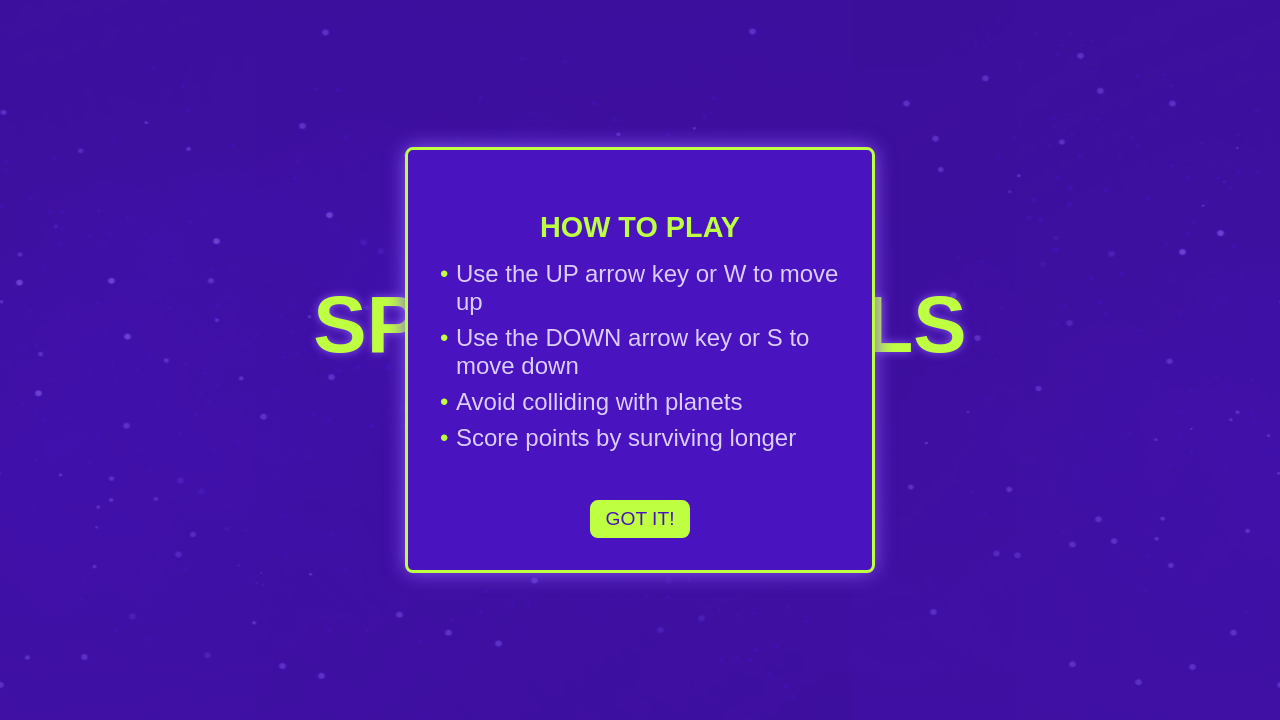
Repository: brunaguarizo/SpaceFarm
Page: index.html
An editor plug-in stored every save of this project. The page is shown before and after the next save, followed by the edit.
The browser window is 1280 px wide. The pictures show the whole page.
Some web fonts or font styles are not loaded; a fallback is used.

Above is the page before, as saved 2025-04-27 16:24:45.

### index.html
<!DOCTYPE html>
<html lang="en">
    <head>
        <meta charset="UTF-8" />
        <meta
            name="viewport"
            content="width=device-width, initial-scale=1.0" />
        <title>Space Adventure</title>
        <link
            rel="stylesheet"
            href="styles.css" />

        <link
            rel="preconnect"
            href="https://fonts.googleapis.com" />
        <link
            rel="preconnect"
            href="https://fonts.gstatic.com"
            crossorigin />
        <link
            href="https://fonts.googleapis.com/css2?family=Ranchers&display=swap"
            rel="stylesheet" />
    </head>
    <body>
        <div id="game-container">
            <div class="scrolling-background"></div>
            <!-- ----------------------- CHARACTER SELESCTION SCREEN ----------------------- -->
            <div id="character-select">
                <h1>SPACE ANIMALS</h1>
                <div
                    id="instructions-container"
                    class="instructions-box">
                    <h3>HOW TO PLAY</h3>
                    <ul>
                        <li>Use the UP arrow key or W to move up</li>
                        <li>Use the DOWN arrow key or S to move down</li>
                        <li>Avoid colliding with planets</li>
                        <li>Score points by surviving longer</li>
                    </ul>
                    <button id="close-instructions">GOT IT!</button>
                </div>
                <div class="text">CHOOSE A CHARACTER TO START</div>
                <div class="character-options">
                    <div
                        class="character-option"
                        data-character="astronaut">
                        <div class="character-img">
                            <img
                                src="img/dog.png"
                                alt="Space Dog" />
                        </div>
                        <div class="character-label">SPACE DOG</div>
                    </div>
                    <div
                        class="character-option"
                        data-character="alien">
                        <div class="character-img">
                            <img
                                src="img/pig.png"
                                alt="Space Pig" />
                        </div>
                        <div class="character-label">SPACE PIG</div>
                    </div>
                    <div
                        class="character-option"
                        data-character="robot">
                        <div class="character-img">
                            <img
                                src="img/cat.png"
                                alt="Space Cat" />
                        </div>
                        <div class="character-label">SPACE CAT</div>
                    </div>
                </div>
                <button
                    id="confirm-btn"
                    disabled>
                    START MISSION
                </button>
            </div>

            <!-- ----------------------- GAME SCREEN ----------------------- -->

            <div id="game-screen">
                <div id="player"></div>
                <div id="score-container">
                    <div id="score">SCORE: 0</div>
                    <button id="pause-btn">PAUSE</button>
                </div>
            </div>

            <!-- ----------------------- PAUSE SCREEN ----------------------- -->

            <div id="pause-screen">
                <h2>GAME PAUSED</h2>
                <button id="resume-btn">RESUME</button>
            </div>

            <!-- ----------------------- GAME OVER SCREEN ----------------------- -->

            <div id="game-over">
                <h2>GAME OVER</h2>
                <div id="final-score">SCORE: 0</div>
                <button id="restart-btn">PLAY AGAIN</button>
            </div>
        </div>

        <script src="script.js"></script>
    </body>
</html>

### styles.css
/* ------------------------- GENERAL STYLES ------------------------- */

body {
    margin: 0;
    padding: 0;
    overflow: hidden;
    font-family: var(--font-family);
    background-color: var(--mid-green);
}

#game-container {
    position: relative;
    width: 100vw;
    height: 100vh;
    overflow: hidden;
    background-color: var(--dark-purple);
}

.scrolling-background {
    position: absolute;
    top: 0;
    left: 0;
    width: 300vw;
    height: 100vh;
    background-image: url("img/space-bg.jpg");
    background-size: 100vw 100vh;
    background-repeat: repeat-x;
    animation: scrollBackground 30s linear infinite;
    will-change: transform;
}

@keyframes scrollBackground {
    /* BACKGROUND MOVEMENT */
    0% {
        transform: translateX(0);
    }
    100% {
        transform: translateX(-200vw);
    }
}

#character-select,
#game-screen,
#pause-screen,
#game-over {
    position: relative;
    z-index: 1;
}
/* ------------------------- INSTRUCTION BOX------------------------- */

.instructions-box {
    position: absolute;
    top: 50%;
    left: 50%;
    transform: translate(-50%, -50%);
    background-color: var(--dark-purple);
    border: 3px solid var(--light-green);
    border-radius: var(--space-small);
    padding: var(--space-medium);
    z-index: 10;
    max-width: 400px;
    text-align: center;
    box-shadow: 0 0 20px var(--mid-purple);
}

.instructions-box h3 {
    color: var(--light-green);
    font-size: calc(var(--text) * 1.2);
    margin-bottom: var(--space-regular);
}

.instructions-box ul {
    list-style-type: none;
    padding: 0;
    margin-bottom: var(--space-large);
    text-align: left;
}

.instructions-box li {
    color: var(--light-purple);
    font-size: var(--text);
    margin-bottom: var(--space-small);
    padding-left: var(--space-regular);
    position: relative;
}

.instructions-box li:before {
    content: "•";
    color: var(--light-green);
    position: absolute;
    left: 0;
}

#close-instructions {
    padding: var(--space-small) var(--space-regular);
    background-color: var(--light-green);
    color: var(--dark-purple);
    border: none;
    border-radius: var(--space-small);
    font-size: calc(var(--text) * 0.8);
    font-family: var(--font-family);
    cursor: pointer;
    transition: background-color 0.3s;
}

#close-instructions:hover {
    background-color: var(--mid-green);
}
/* ------------------------- CHARACTER SELECTI ------------------------- */
#character-select {
    position: absolute;
    width: 100%;
    height: 100%;
    display: flex;
    flex-direction: column;
    justify-content: center;
    align-items: center;
    z-index: 10;
    background-color: rgba(73, 19, 191, 0.8);
}

h1 {
    color: var(--light-green);
    font-size: var(--header);
    margin-bottom: var(--space-large);
    text-shadow: 0 0 10px var(--mid-purple);
    text-align: center;
}

.text {
    color: var(--light-green);
    font-size: var(--text);
    text-shadow: 0 0 10px var(--mid-purple);
    text-align: center;
    margin-bottom: var(--space-large);
}

.character-options {
    display: flex;
    gap: var(--space-extra-large);
    margin-top: var(--space-large);
    margin-bottom: var(--space-extra-large);
}

.character-option {
    width: 150px;
    height: 150px;
    background-color: var(--dark-purple);
    border-radius: var(--space-small);
    display: flex;
    flex-direction: column;
    align-items: center;
    justify-content: center;
    cursor: pointer;
    transition: transform 0.3s, box-shadow 0.3s;
    padding: var(--space-small);
    border: 2px solid transparent;
    gap: var(--space-small);
}

.character-option:hover {
    transform: scale(1.05);
    box-shadow: 0 0 15px var(--light-purple);
}

.character-option.selected {
    border-color: var(--light-green);
    box-shadow: 0 0 20px var(--light-green);
}

.character-img {
    width: 100%;
    height: 100%;
    display: block;
}

.character-img img {
    width: 100%;
    height: 100%;
    object-fit: contain;
}

.character-label {
    color: var(--light-green);
    font-size: 16px;
    text-align: center;
    text-transform: uppercase;
}

#confirm-btn {
    padding: var(--space-regular) var(--space-medium);
    background-color: var(--light-green);
    color: var(--dark-purple);
    border: none;
    border-radius: var(--space-small);
    font-size: var(--text);
    font-family: var(--font-family);
    cursor: pointer;
    transition: background-color 0.3s;
    text-transform: uppercase;
}

#confirm-btn:hover {
    background-color: var(--mid-green);
}

#confirm-btn:disabled {
    background-color: #cccccc;
    cursor: not-allowed;
}

/* ------------------------- GAME SCREEN -------------------------*/
#game-screen {
    display: none;
    position: absolute;
    width: 100%;
    height: 100%;
    z-index: 5;
}

#player {
    position: absolute;
    width: 250px;
    height: 250px;
    left: var(--space-extra-large);
    top: 50%;
    transform: translateY(-50%);
    line-height: 1;
    z-index: 5;
}

#player img {
    width: 100%;
    height: 100%;
    object-fit: contain;
}

.asteroid {
    position: absolute;
    width: 100px;
    height: 100px;
    border-radius: 50%;
    overflow: hidden;
    box-shadow: 0 0 15px var(--light-purple);
}

.asteroid img {
    width: 100%;
    height: 100%;
    object-fit: cover;
}

#score-container {
    position: absolute;
    top: var(--space-regular);
    right: var(--space-regular);
    display: flex;
    align-items: center;
    gap: var(--space-regular);
    z-index: 5;
}

#score {
    color: var(--light-green);
    font-size: var(--text);
    font-weight: bold;
    background-color: var(--dark-purple);
    padding: var(--space-small) var(--space-regular);
    border-radius: var(--space-small);
    border: 2px solid var(--light-green);
    text-transform: uppercase;
}

#pause-btn {
    background-color: var(--dark-purple);
    color: var(--light-green);
    border: 2px solid var(--light-green);
    border-radius: var(--space-small);
    font-size: var(--text);
    font-family: var(--font-family);
    padding: var(--space-small) var(--space-regular);
    cursor: pointer;
    transition: all 0.3s;
    text-transform: uppercase;
}

#pause-btn:hover {
    background-color: var(--mid-purple);
    box-shadow: 0 0 10px var(--light-purple);
}

/* ------------------------- GAME OVER SCREEN ------------------------- */
#game-over {
    display: none;
    position: absolute;
    top: 0;
    left: 0;
    width: 100%;
    height: 100%;
    background-color: rgba(73, 19, 191, 0.8);
    z-index: 15;
    flex-direction: column;
    justify-content: center;
    align-items: center;
}

#game-over h2 {
    color: var(--light-pink);
    font-size: var(--header);
    margin-bottom: var(--space-regular);
    text-shadow: 0 0 10px var(--mid-pink);
}

#final-score {
    color: var(--light-green);
    font-size: var(--text);
    margin-bottom: var(--space-extra-large);
}

#restart-btn {
    padding: var(--space-regular) var(--space-medium);
    background-color: var(--light-green);
    color: var(--dark-purple);
    border: none;
    border-radius: var(--space-small);
    font-size: var(--text);
    font-family: var(--font-family);
    cursor: pointer;
    transition: background-color 0.3s;
}

#restart-btn:hover {
    background-color: var(--mid-green);
}

/* ------------------------- UTILITY STYLES ------------------------- */

.invisible {
    opacity: 0;
}

/* ------------------------- PAUSE SCREEN ------------------------- */

#pause-screen {
    display: none;
    position: absolute;
    top: 0;
    left: 0;
    width: 100%;
    height: 100%;
    background-color: rgba(73, 19, 191, 0.8);
    z-index: 12;
    flex-direction: column;
    justify-content: center;
    align-items: center;
    color: var(--light-green);
}

#pause-screen h2 {
    font-size: var(--header);
    margin-bottom: var(--space-extra-large);
}

#resume-btn {
    padding: var(--space-regular) var(--space-medium);
    background-color: var(--light-green);
    color: var(--dark-purple);
    border: none;
    border-radius: var(--space-small);
    font-size: var(--text);
    font-family: var(--font-family);
    cursor: pointer;
    transition: background-color 0.3s;
}

#resume-btn:hover {
    background-color: var(--mid-green);
}

/* --------------------------- VARIABLES  --------------------------- */
:root {
    --font-family: "Ranchers", sans-serif;
    --header: 80px;
    --text: 24px;

    --light-green: #bfff41;
    --mid-green: #a3de1a;
    --dark-green: #46b800;
    --light-pink: #ffc2ec;
    --mid-pink: #f0429c;
    --dark-pink: #910b64;
    --light-purple: #dcccff;
    --mid-purple: #8655ef;
    --dark-purple: #4913bf;

    --space-extra-small: 4px;
    --space-small: 8px;
    --space-regular: 16px;
    --space-medium: 32px;
    --space-large: 48px;
    --space-extra-large: 80px;
    --space-huge: 160px;
}

### script.js
// Game variables
let selectedCharacter = "";
let score = 0;
let playerElement;
let gameRunning = false;
let isPaused = false;
let playerY;
let asteroids = [];
let gameLoopInterval;
let asteroidInterval;
let gameHeight;
let gameWidth;
let speedMultiplier = 1; // Added speed multiplier
let spawnIntervalMultiplier = 1; // Added spawn interval multiplier
const BASE_SPAWN_INTERVAL = 1500; // Base spawn interval in milliseconds

// Character image mapping - using the exact filenames from the img folder
const characterImages = {
    astronaut: "img/dog.png",
    alien: "img/pig.png",
    robot: "img/cat.png",
};

// Planet image options - using the exact filenames from the img folder
const planetImages = [
    "img/planet1.png",
    "img/planet2.png",
    "img/planet3.png",
    "img/planet4.png",
    "img/planet5.png",
    "img/planet6.png",
];

// DOM elements
const characterOptions = document.querySelectorAll(".character-option");
const confirmBtn = document.getElementById("confirm-btn");
const characterSelectScreen = document.getElementById("character-select");
const gameScreen = document.getElementById("game-screen");
const pauseBtn = document.getElementById("pause-btn");
const pauseScreen = document.getElementById("pause-screen");
const resumeBtn = document.getElementById("resume-btn");
const gameOverScreen = document.getElementById("game-over");
const finalScoreDisplay = document.getElementById("final-score");
const restartBtn = document.getElementById("restart-btn");
const scoreDisplay = document.getElementById("score");
const instructionsContainer = document.getElementById("instructions-container");
const closeInstructionsBtn = document.getElementById("close-instructions");

// Initialize the game
function init() {
    console.log("Game initializing...");

    // Character selection event listeners
    characterOptions.forEach((option) => {
        option.addEventListener("click", () => {
            console.log("Character option clicked:", option.dataset.character);
            // Remove selected class from all options
            characterOptions.forEach((opt) => opt.classList.remove("selected"));
            // Add selected class to clicked option
            option.classList.add("selected");
            // Store selected character
            selectedCharacter = option.dataset.character;
            // Enable confirm button
            confirmBtn.disabled = false;
            console.log("Selected character:", selectedCharacter);
        });
    });

    // Confirm button event listener
    confirmBtn.addEventListener("click", () => {
        console.log("Start button clicked, starting game...");
        startGame();
    });
    //Instructions Button listener and displays
    closeInstructionsBtn.addEventListener("click", () => {
        instructionsContainer.style.display = "none";
        // If you want to show the character selection options after closing instructions
        document.querySelector(".character-options").style.display = "flex";
        confirmBtn.style.display = "block";
    });
    // Initially show instructions and hide character selection
    document.querySelector(".character-options").style.display = "none";
    confirmBtn.style.display = "none";
    instructionsContainer.style.display = "block";

    // Pause button event listener
    pauseBtn.addEventListener("click", togglePause);

    // Resume button event listener
    resumeBtn.addEventListener("click", togglePause);

    // Restart button event listener
    restartBtn.addEventListener("click", restartGame);

    // Keyboard event listeners
    document.addEventListener("keydown", handleKeyPress);

    console.log("Game initialized successfully");
}

// Start the game
function startGame() {
    console.log("Starting game with character:", selectedCharacter);

    if (!selectedCharacter) {
        console.error("No character selected!");
        return;
    }

    // Hide character selection screen
    characterSelectScreen.style.display = "none";
    // Show game screen
    gameScreen.style.display = "block";

    // Set up player
    playerElement = document.getElementById("player");
    if (!playerElement) {
        console.error("Player element not found!");
        return;
    }

    const playerImagePath = characterImages[selectedCharacter];
    console.log("Loading player image:", playerImagePath);

    // Create image element with error handling
    const playerImg = document.createElement("img");
    playerImg.src = playerImagePath;
    playerImg.alt = "Player";
    playerImg.onerror = function () {
        console.error("Error loading player image:", playerImagePath);
        // Fallback to text if image fails to load
        playerElement.innerHTML = "Player";
    };
    playerElement.innerHTML = "";
    playerElement.appendChild(playerImg);

    // Initialize variables
    gameHeight = window.innerHeight;
    gameWidth = window.innerWidth;
    score = 0;
    speedMultiplier = 1; // Reset speed multiplier
    spawnIntervalMultiplier = 1; // Reset spawn interval multiplier
    updateScore();
    playerY = gameHeight / 2;
    gameRunning = true;
    isPaused = false;
    asteroids = [];

    // Position player
    updatePlayerPosition();

    // Start game loop
    gameLoopInterval = setInterval(gameLoop, 16); // ~60fps

    // Start spawning planets
    spawnPlanet(); // Spawn first planet immediately
    asteroidInterval = setInterval(spawnPlanet, BASE_SPAWN_INTERVAL);

    console.log("Game started successfully");
}

// Game loop
function gameLoop() {
    if (!gameRunning || isPaused) return;

    // Move planets
    movePlanets();

    // Check collisions
    checkCollisions();
}

// Handle keyboard input
function handleKeyPress(e) {
    if (!gameRunning || isPaused) return;

    const moveDistance = 60; // Increased for even faster movement

    if (e.key === "ArrowUp" || e.key === "w") {
        // Move up
        playerY = Math.max(125, playerY - moveDistance);
        updatePlayerPosition();
    } else if (e.key === "ArrowDown" || e.key === "s") {
        // Move down
        playerY = Math.min(gameHeight - 125, playerY + moveDistance);
        updatePlayerPosition();
    }
}

// Update player position on screen
function updatePlayerPosition() {
    playerElement.style.left = `${gameWidth * 0.2}px`;
    playerElement.style.top = `${playerY}px`;
}

// Spawn a new planet
function spawnPlanet() {
    if (!gameRunning || isPaused) return;

    // Create planet element
    const planet = document.createElement("div");
    planet.classList.add("asteroid"); // Keep the same class for styling

    // Set random planet type
    const planetType =
        planetImages[Math.floor(Math.random() * planetImages.length)];
    console.log("Loading planet image:", planetType);

    // Create image element with error handling
    const planetImg = document.createElement("img");
    planetImg.src = planetType;
    planetImg.alt = "Planet";
    planetImg.onerror = function () {
        console.error("Error loading planet image:", planetType);
        // Fallback to text if image fails to load
        planet.innerHTML = "Planet";
    };
    planet.appendChild(planetImg);

    // Set random position (y-axis)
    const planetY = Math.random() * (gameHeight - 100) + 50;

    // Set planet properties
    planet.style.left = `${gameWidth}px`;
    planet.style.top = `${planetY}px`;

    // Add to game screen
    gameScreen.appendChild(planet);

    // Calculate base speed and apply multiplier
    const baseSpeed = Math.random() * 2 + 3; // Base speed between 3-5
    const finalSpeed = baseSpeed * speedMultiplier;

    // Add to asteroids array
    asteroids.push({
        element: planet,
        x: gameWidth,
        y: planetY,
        speed: finalSpeed,
        passed: false,
    });
}

// Move all planets
function movePlanets() {
    for (let i = asteroids.length - 1; i >= 0; i--) {
        // Exit if game is no longer running (e.g., after collision)
        if (!gameRunning || isPaused) return;

        const planet = asteroids[i];

        // Move planet
        planet.x -= planet.speed;
        planet.element.style.left = `${planet.x}px`;

        // Check if planet passed the player
        if (!planet.passed && planet.x < 100) {
            planet.passed = true;
            score += 10;
            updateScore();
        }

        // Remove planet if it's off-screen
        if (planet.x < -50) {
            gameScreen.removeChild(planet.element);
            asteroids.splice(i, 1);
        }
    }
}

// Check for collisions
function checkCollisions() {
    const playerRect = {
        x: gameWidth * 0.2 + 50, // Adjust left position to target character center
        y: playerY - 30, // Adjust top position to target character center
        width: 100, // Smaller width for more accurate collision
        height: 100, // Smaller height for more accurate collision
    };

    for (const planet of asteroids) {
        const planetRect = {
            x: planet.x,
            y: planet.y - 30,
            width: 60,
            height: 60,
        };

        // Check if player and planet rectangles intersect
        if (
            playerRect.x < planetRect.x + planetRect.width &&
            playerRect.x + playerRect.width > planetRect.x &&
            playerRect.y < planetRect.y + planetRect.height &&
            playerRect.y + playerRect.height > planetRect.y
        ) {
            // Collision detected
            gameOver();
            return;
        }
    }
}

// Update score display
function updateScore() {
    scoreDisplay.textContent = `Score: ${score}`;
    // Increase speed multiplier based on score
    speedMultiplier = 1 + score * 0.01;
    // Decrease spawn interval multiplier based on score
    spawnIntervalMultiplier = Math.max(0.3, 1 - score * 0.005); // Minimum interval multiplier of 0.3

    // Update the spawn interval if the game is running
    if (gameRunning && !isPaused) {
        clearInterval(asteroidInterval);
        const newInterval = BASE_SPAWN_INTERVAL * spawnIntervalMultiplier;
        asteroidInterval = setInterval(spawnPlanet, newInterval);
    }
}

// Toggle pause state
function togglePause() {
    isPaused = !isPaused;

    if (isPaused) {
        pauseScreen.style.display = "flex";
        clearInterval(asteroidInterval);
    } else {
        pauseScreen.style.display = "none";
        // Resume with current spawn interval
        asteroidInterval = setInterval(
            spawnPlanet,
            BASE_SPAWN_INTERVAL * spawnIntervalMultiplier
        );
    }
}

// Game over
function gameOver() {
    gameRunning = false;

    // Clear intervals
    clearInterval(gameLoopInterval);
    clearInterval(asteroidInterval);

    // Remove all planets
    asteroids.forEach((planet) => {
        gameScreen.removeChild(planet.element);
    });
    asteroids = [];

    // Update final score
    finalScoreDisplay.textContent = `Final Score: ${score}`;

    // Show game over screen
    gameOverScreen.style.display = "flex";
}

// Restart game
function restartGame() {
    // Clear planets
    asteroids.forEach((planet) => {
        if (planet.element.parentNode) {
            planet.element.parentNode.removeChild(planet.element);
        }
    });

    // Hide game over screen
    gameOverScreen.style.display = "none";

    // Go back to character selection
    gameScreen.style.display = "none";
    characterSelectScreen.style.display = "flex";

    // Reset character selection
    characterOptions.forEach((opt) => opt.classList.remove("selected"));
    confirmBtn.disabled = true;
    selectedCharacter = "";
}

// Initialize the game when the page loads
window.addEventListener("load", init);

After the next save:
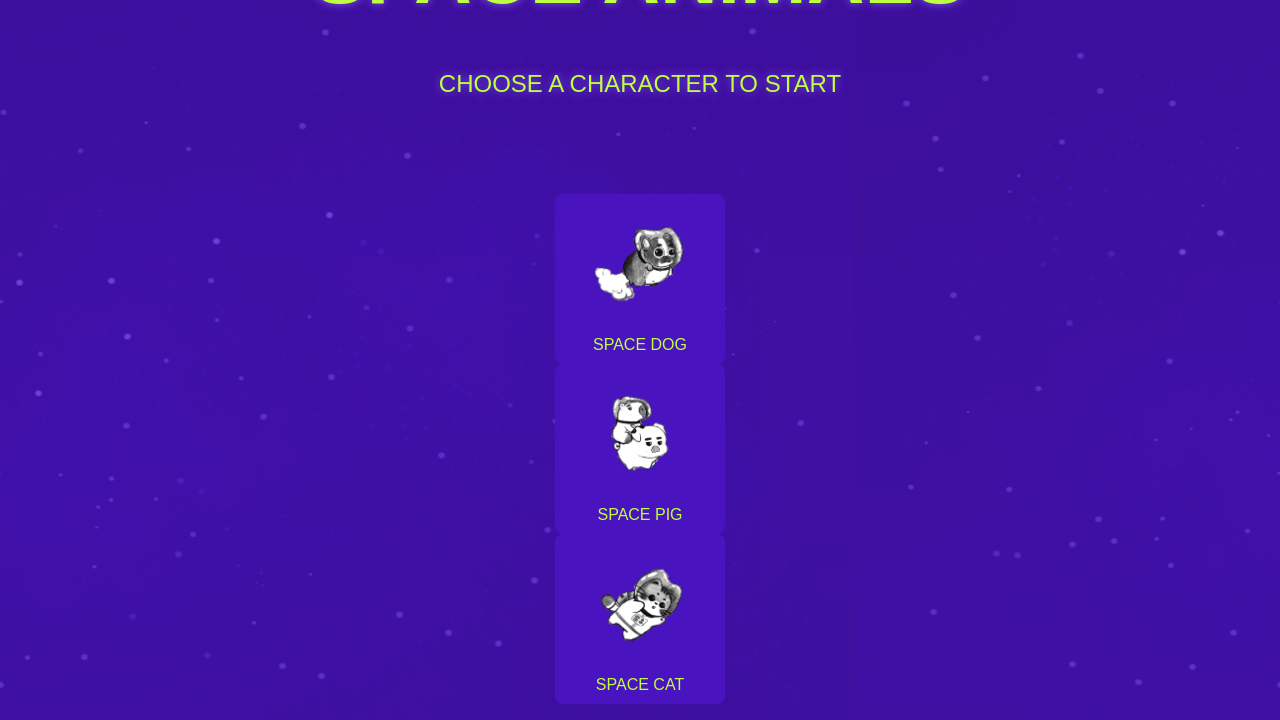
Saved 24 s later.
--- a/script.js
+++ b/script.js
@@ -79,9 +79,9 @@ function init() {
         confirmBtn.style.display = "block";
     });
     // Initially show instructions and hide character selection
-    document.querySelector(".character-options").style.display = "none";
-    confirmBtn.style.display = "none";
-    instructionsContainer.style.display = "block";
+    document.querySelector(".character-options").style.display = "block";
+    confirmBtn.style.display = "block";
+    instructionsContainer.style.display = "none";
 
     // Pause button event listener
     pauseBtn.addEventListener("click", togglePause);
